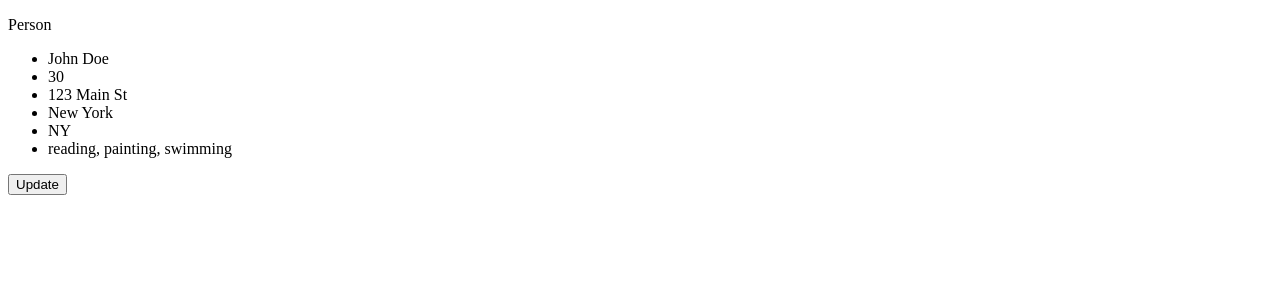
Repository: Aqui05/todo-vue
Page: /
These files come from the project's save history. The page is drawn as it stood at one moment and after the next save; the edit follows.
The browser window is 1280 px wide. The pictures show the whole page.
The project was rebuilt for these pictures with package versions that can differ from the ones it lists, and the page was loaded fresh each time. Also part of the build but not shown: vue.config.js.

Above is the page before, as saved 2024-10-31 17:12:11.

### src/App.vue
<template>
  <p>Person</p>
  <ul>
    <li>{{ person.name }}</li>
    <li>{{ person.age }}</li>
    <li>{{ person.address.street }}</li>
    <li>{{ person.address.city }}</li>
    <li>{{ person.address.state }}</li>
    <li>{{ person.hobbies.join(", ") }}</li>
    <li v-if="person.isMarried">Married</li>
  </ul>
  <button @click="updatePerson">Update</button>
</template>

<script setup>
import { ref } from "vue";

const person = ref({
  name: "John Doe",
  age: 30,
  address: {
    street: "123 Main St",
    city: "New York",
    state: "NY",
  },
  hobbies: ["reading", "painting", "swimming"],
  isMarried: false,
  children: [
    {
      name: "Jane Doe",
      age: 5,
    },
    {
      name: "Bob Doe",
      age: 8,
    },
  ],
  updatePerson() {
    person.value.name = "Jane Smith";
    person.value.age = 28;
    person.value.address.street = "456 Elm St";
    person.value.hobbies.push("cooking");
    person.value.isMarried = true;
    person.value.children.push({
      name: "Alice Doe",
      age: 10,
    });
    console.log("Person updated");
  },
});
</script>

Loaded but not shown: public/index.html (common file); src/main.js (common file)

After the next save:
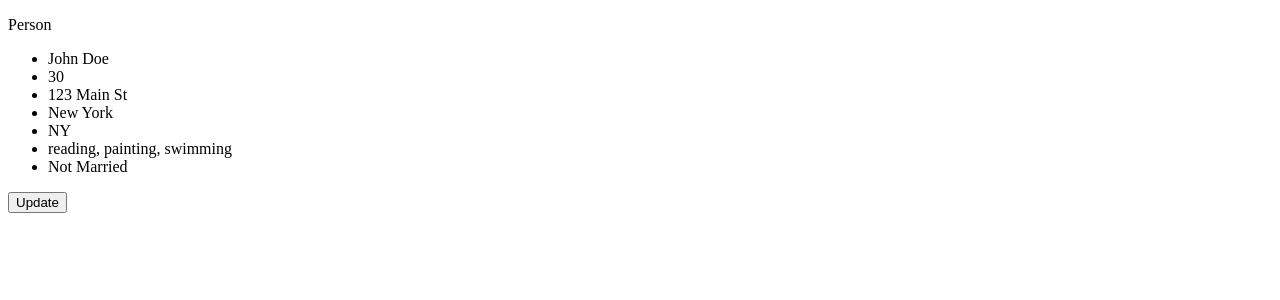
Saved 23 s later.
--- a/src/App.vue
+++ b/src/App.vue
@@ -8,6 +8,7 @@
     <li>{{ person.address.state }}</li>
     <li>{{ person.hobbies.join(", ") }}</li>
     <li v-if="person.isMarried">Married</li>
+    <li v-else>Not Married</li>
   </ul>
   <button @click="updatePerson">Update</button>
 </template>
